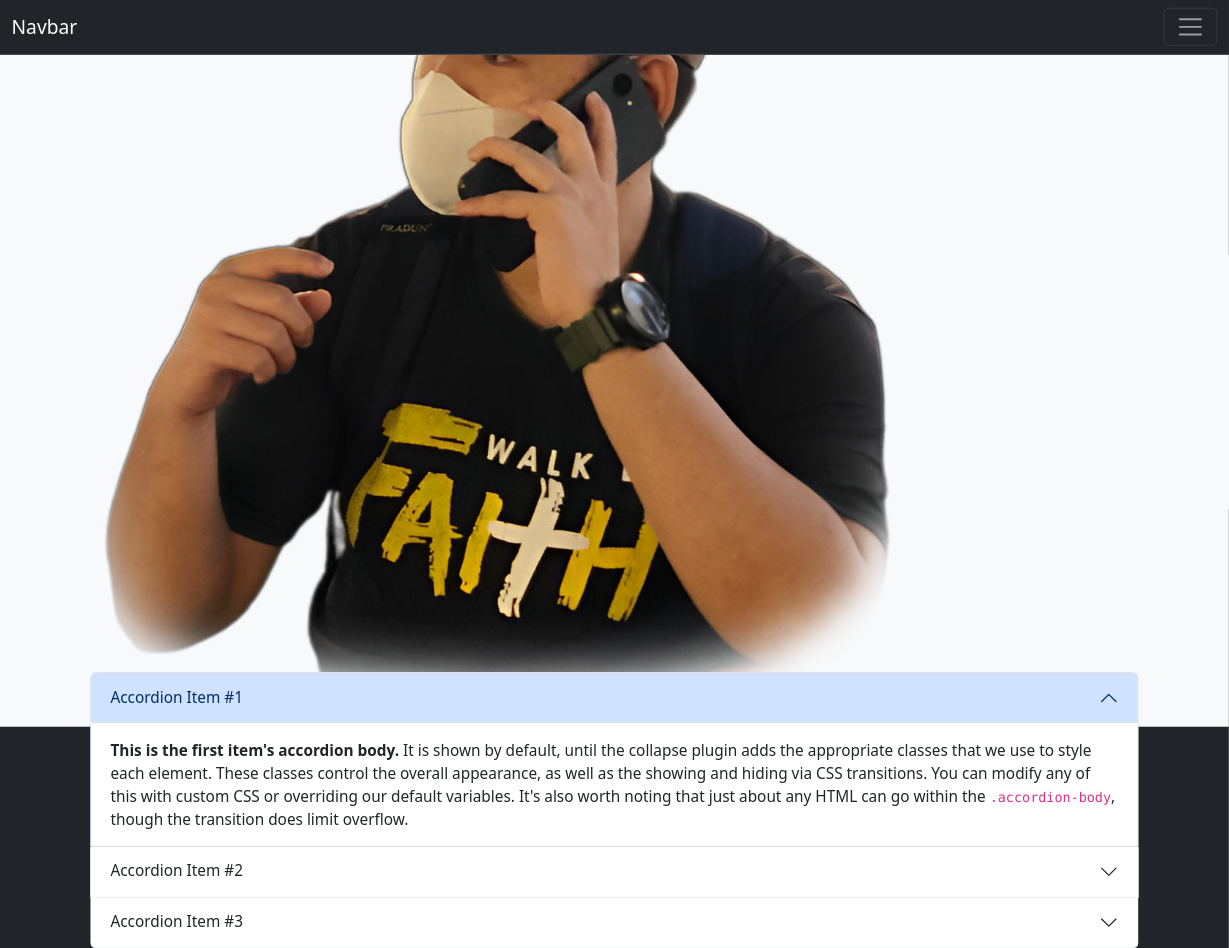
Repository: Shin-da/jeffmathew-portfolio
Page: index.html
The author's editor kept a copy of each file at every save. The page is drawn from the files as they stood at one save, then again after a run of saves.
The browser window is 1280 px wide. The pictures show the whole page, at 96% of full size.

Above is the page before, as saved 2023-10-07 17:25:51.

After the next 2 saves:
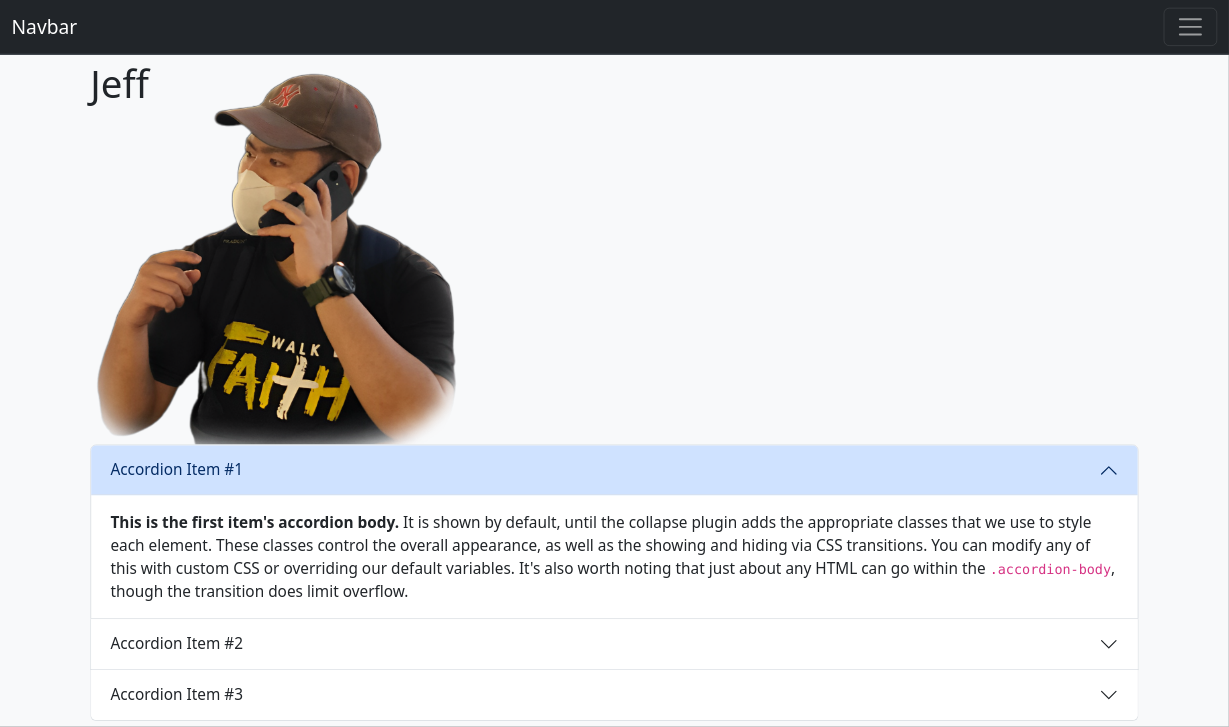
The 2 saves are shown as one change because they came seconds apart.
The last was saved 22 s later.
--- a/index.html
+++ b/index.html
@@ -40,7 +40,7 @@
       <div class="container d-flex flex-wrap flex-row">
         <div class="container">
           <div class="position-absolute h1 name"> <h1>Jeff </h1> </div>
-          <img src="jef.png" alt="user's picture" width="80%">
+          <img src="jef.png" alt="user's picture" width="400px">
         </div>
         <div class="container">
           <div class="accordion" id="accordionPanelsStayOpenExample">
